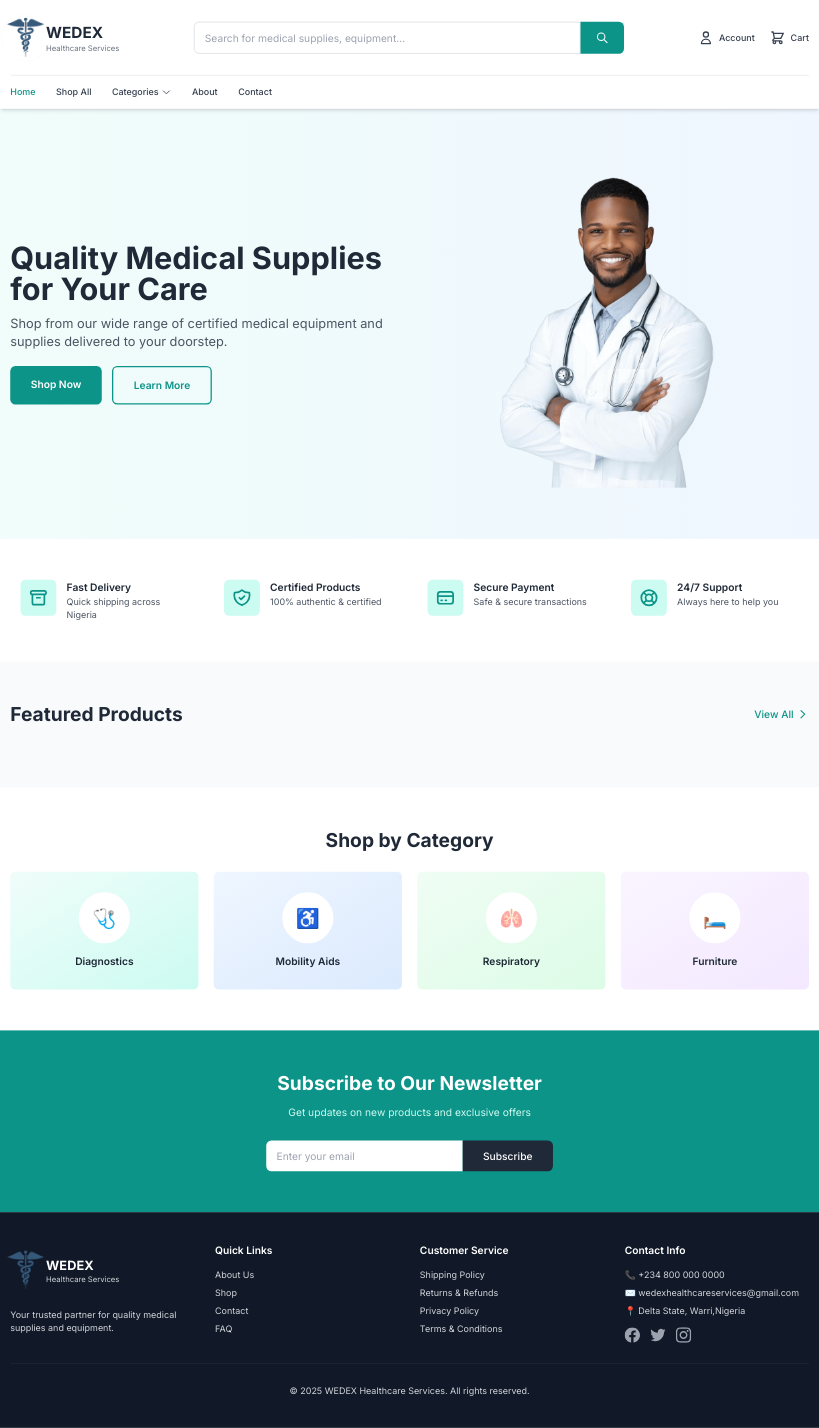
Repository: ICARUSTUDIO/WEDEX
Page: http://localhost/yourproject/
An editor plug-in stored every save of this project. The page is shown before and after the next save, followed by the edit.
The browser window is 1280 px wide. The pictures show the whole page, at 64% of full size.
Some web libraries are served in a nearby version. The page is run by PHP 8.4 with error messages shown; the project is at /var/www/html/. Queries for data that is not in the repository find no rows.

Above is the page before, as saved 2025-10-03 09:33:37.

After the next save:
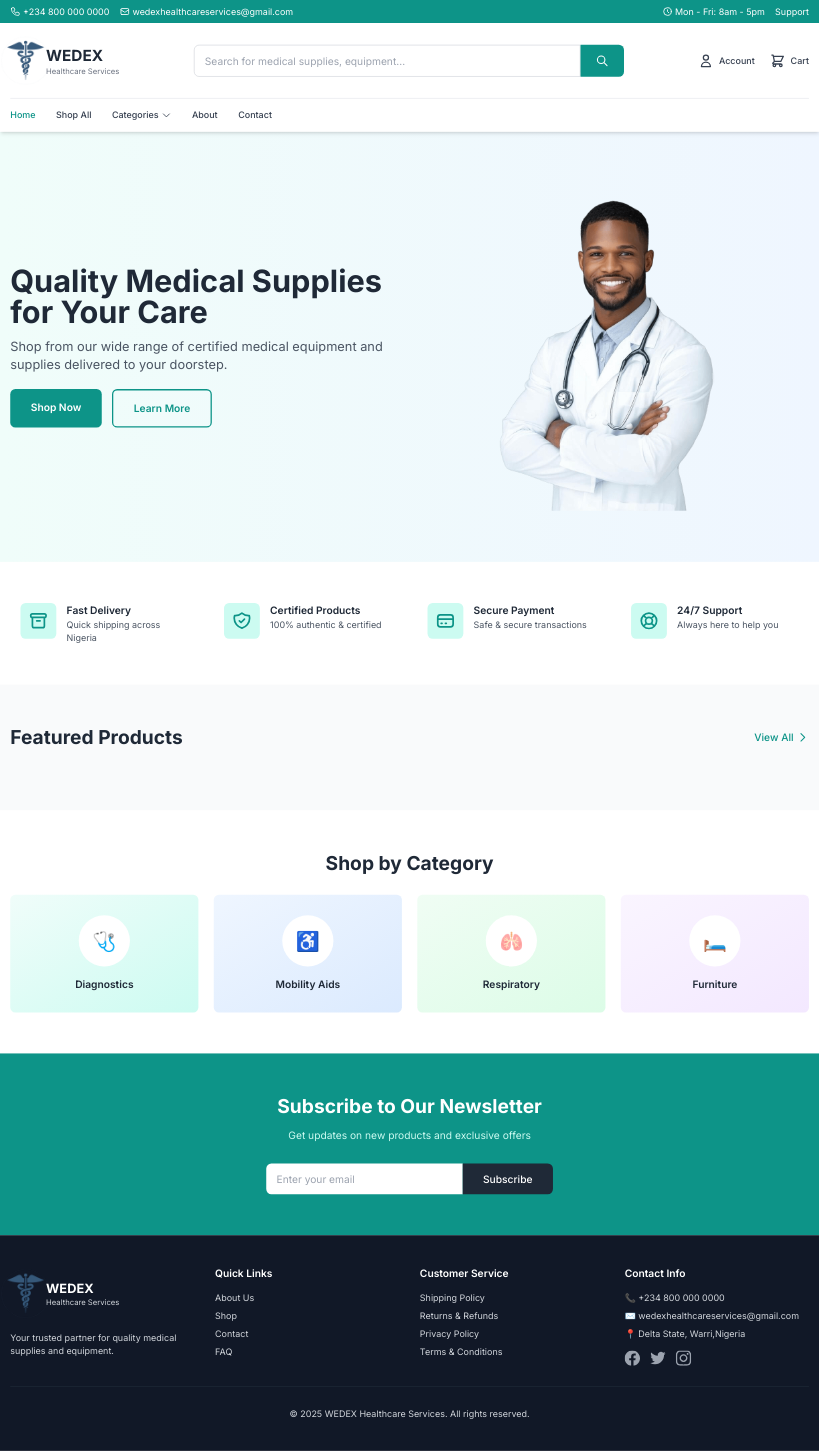
Saved 96 min 55 s later.
--- a/index.php
+++ b/index.php
@@ -28,6 +28,29 @@ if (isset($_SESSION['user_id'])) {
     <style> body { font-family: 'Inter', sans-serif; } </style>
 </head>
 <body class="bg-gray-50">
+
+    <!-- Top Bar -->
+    <div class="bg-teal-600 text-white py-2 text-sm">
+        <div class="container mx-auto px-4 flex justify-between items-center">
+            <div class="flex items-center space-x-4">
+                <span class="flex items-center space-x-1">
+                    <svg class="w-4 h-4" fill="none" stroke="currentColor" viewBox="0 0 24 24"><path stroke-linecap="round" stroke-linejoin="round" stroke-width="2" d="M3 5a2 2 0 012-2h3.28a1 1 0 01.948.684l1.498 4.493a1 1 0 01-.502 1.21l-2.257 1.13a11.042 11.042 0 005.516 5.516l1.13-2.257a1 1 0 011.21-.502l4.493 1.498a1 1 0 01.684.949V19a2 2 0 01-2 2h-1C9.716 21 3 14.284 3 6V5z"></path></svg>
+                    <span>+234 800 000 0000</span>
+                </span>
+                <span class="hidden md:flex items-center space-x-1">
+                     <svg class="w-4 h-4" fill="none" stroke="currentColor" viewBox="0 0 24 24"><path stroke-linecap="round" stroke-linejoin="round" stroke-width="2" d="M3 8l7.89 5.26a2 2 0 002.22 0L21 8M5 19h14a2 2 0 002-2V7a2 2 0 00-2-2H5a2 2 0 00-2 2v10a2 2 0 002 2z"></path></svg>
+                    <span>wedexhealthcareservices@gmail.com</span>
+                </span>
+            </div>
+            <div class="flex items-center space-x-4">
+                <span class="hidden md:flex items-center space-x-1">
+                    <svg class="w-4 h-4" fill="none" stroke="currentColor" viewBox="0 0 24 24"><path stroke-linecap="round" stroke-linejoin="round" stroke-width="2" d="M12 8v4l3 3m6-3a9 9 0 11-18 0 9 9 0 0118 0z"></path></svg>
+                    <span>Mon - Fri: 8am - 5pm</span>
+                </span>
+                <a href="contact.php" class="hover:text-teal-200">Support</a>
+            </div>
+        </div>
+    </div>
 
     <?php require 'Static/header.php'; ?>
 
